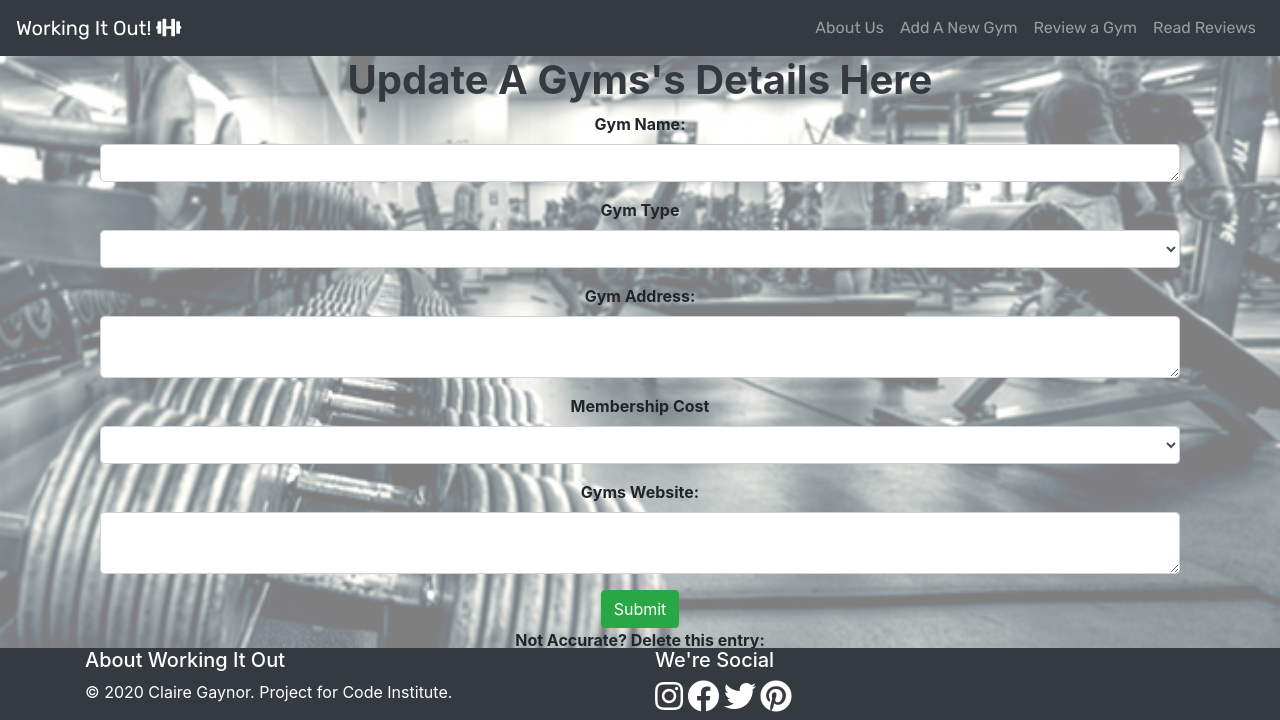
Repository: cgaynor91/Working_It_Out
Page: templates/update_gym.html
The author's editor kept a record of every edit. The page is drawn from the files as they stood at one moment, then again after the next edit.
The browser window is 1280 px wide. The pictures show the whole page.
Some web libraries are served in a nearby version. The page is served by the project's application, run on Flask 3 (app.py). The template is opened directly, without the code that normally fills it, so the values that code supplies are empty.

Above is the page before.

After the next edit:
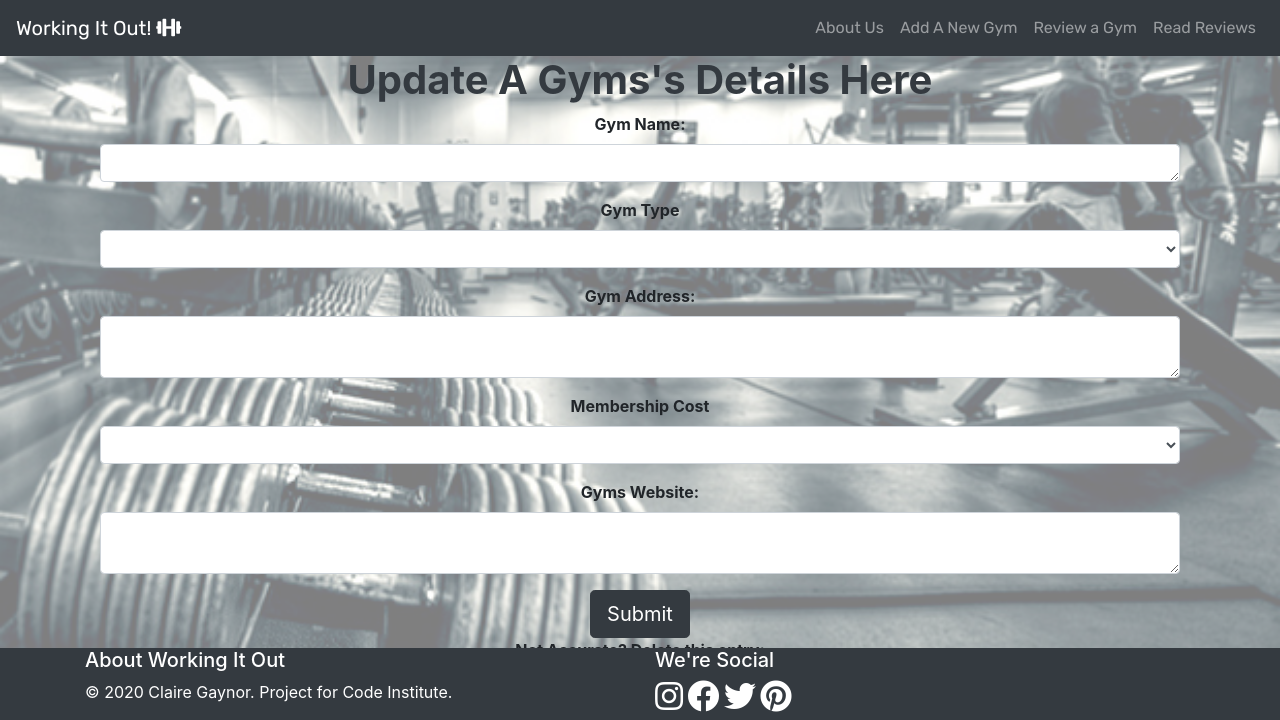
The edit:
--- a/templates/update_gym.html
+++ b/templates/update_gym.html
@@ -52,7 +52,7 @@
                     <textarea class="form-control" id="gym_url" name="gym_url" rows="2" required>{{gym.gym_url}}</textarea>
                 </div>
                 <!-- Send button -->
-                <button type="submit" class="btn btn-success">Submit</button>
+                <button type="submit" class="btn btn-dark btn-lg">Submit</button>
             </form>
             <p class="delete-record-advice"><strong>Not Accurate? Delete this entry:</strong></p>
             <!-- Button trigger modal -->
